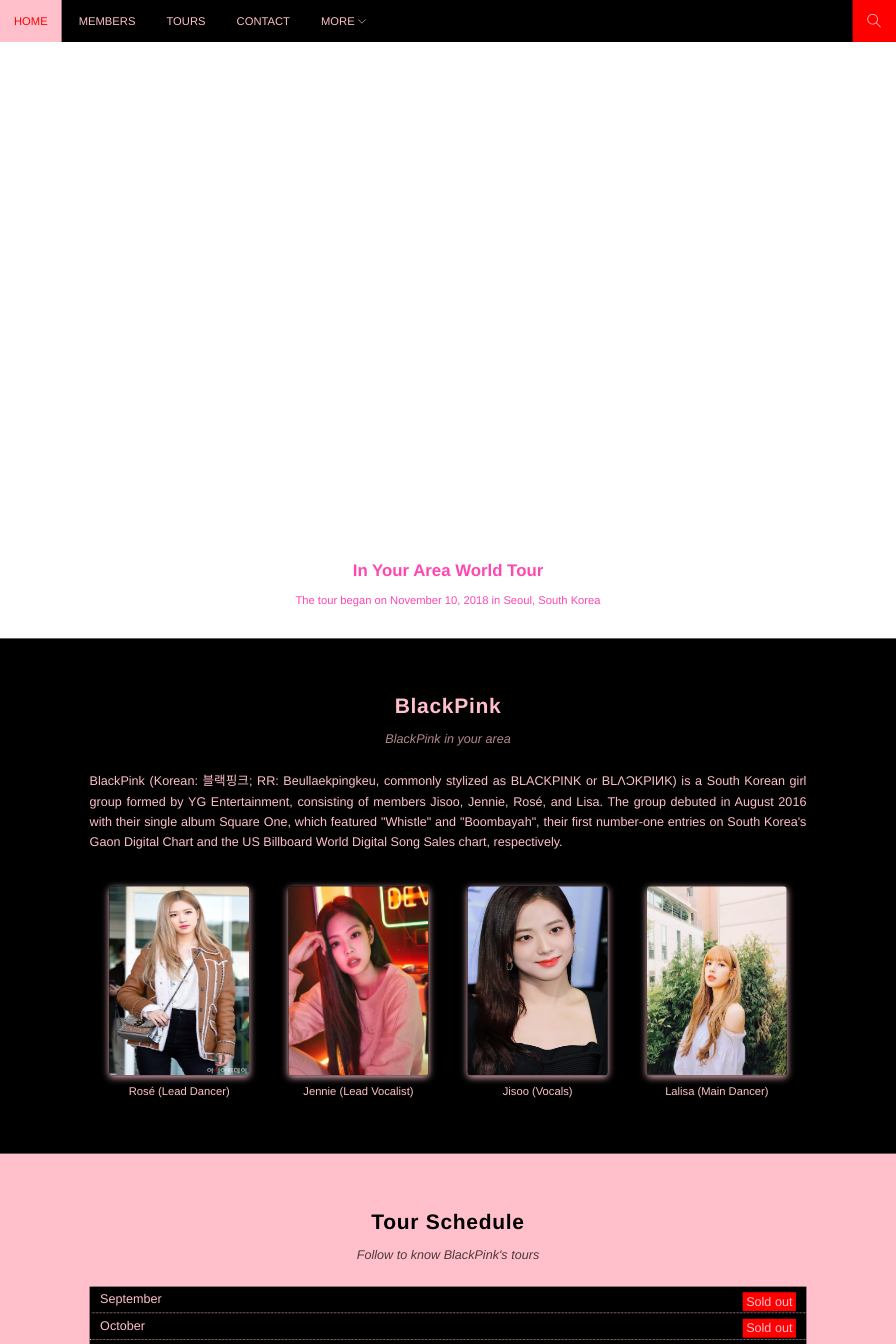
Repository: harrycricket/Blackpink_Band_Deploy
Page: index.html
An editor plug-in stored every save of this project. The page is shown before and after the next save, followed by the edit.
The browser window is 1280 px wide. The pictures show the part of the page from y = 0 to 1920 px (the page is 3376 px tall), at 70% of full size.

Above is the page before, as saved 2023-03-13 05:06:57.

After the next save:
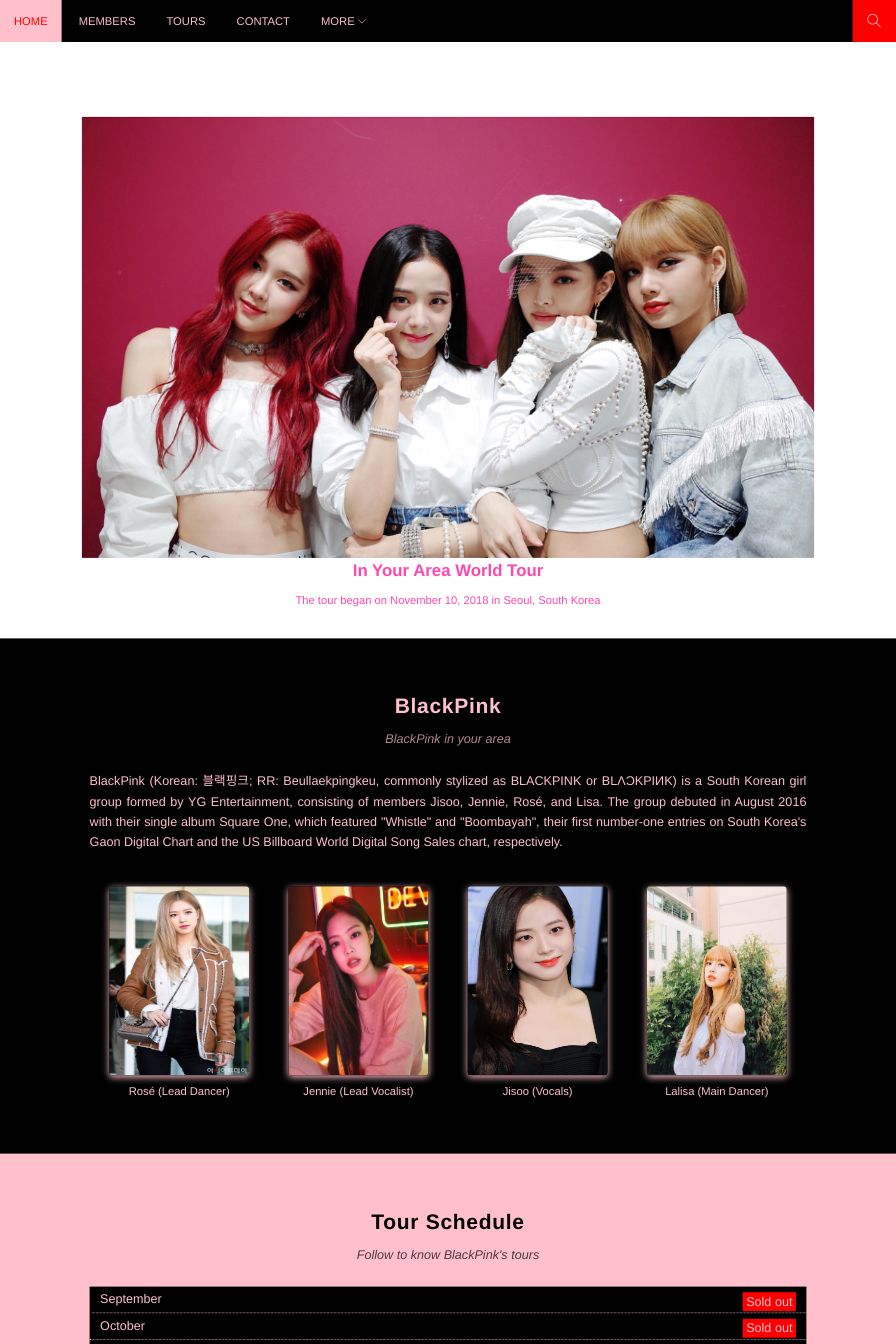
Saved 6 s later.
--- a/index.html
+++ b/index.html
@@ -43,6 +43,7 @@
 
         <div id="main__slider">
             <div class="text-content">
+                <img src="./assets/img/background.jpg">
                 <h2 class="text-heading">In Your Area World Tour</h2>
                 <div class="text-description">The tour began on November 10, 2018 in Seoul, South Korea</div>
             </div>
